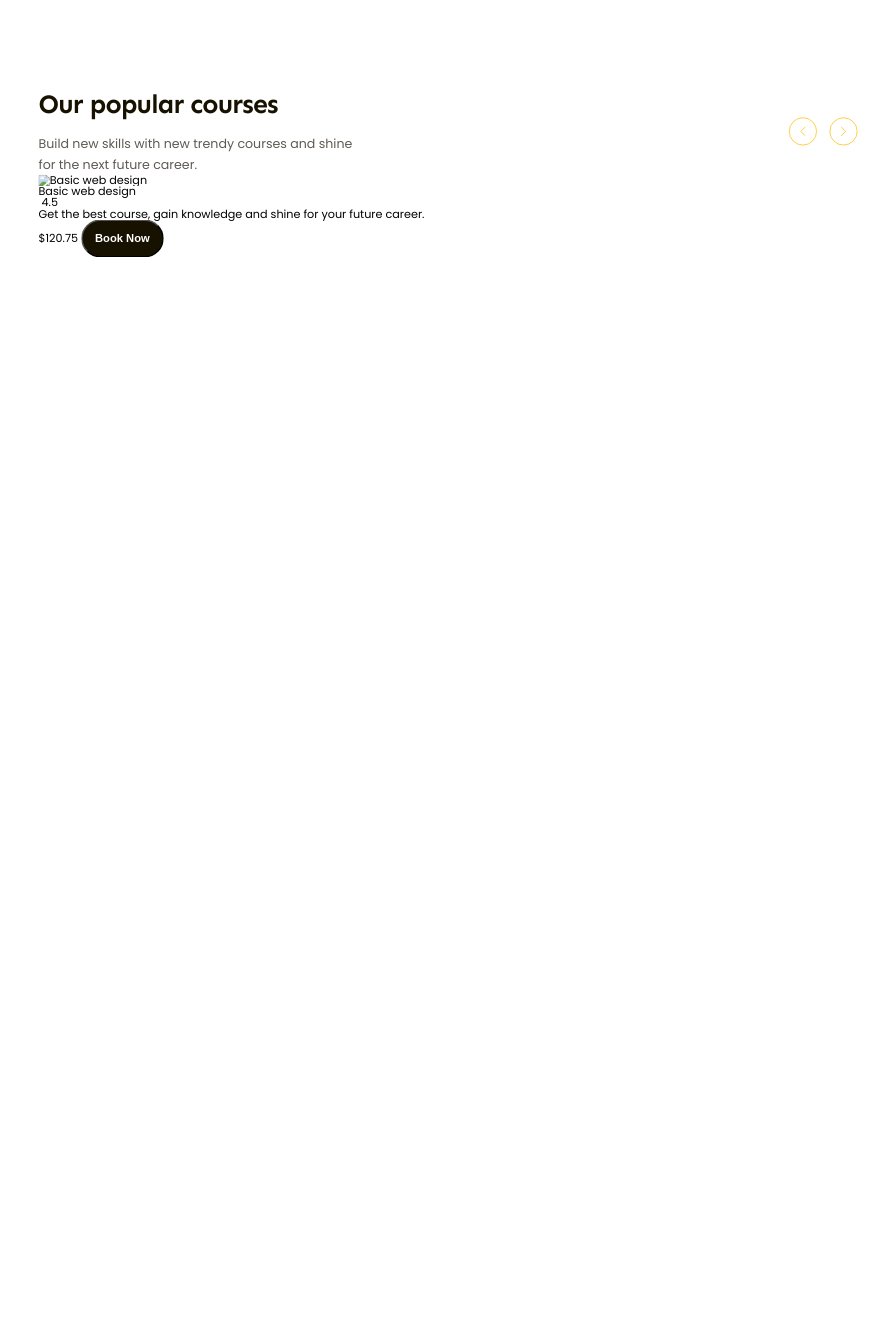
Repository: Tibi2003/f8-htmlcss-02
Page: index.html
These files come from the project's save history. The page is drawn as it stood at one moment and after the next save; the edit follows.
The browser window is 1280 px wide. The pictures show the part of the page from y = 974 to 2894 px (the page is 5000 px tall), at 70% of full size.
A picture or video elsewhere on the page could not be fetched, so the positions and the page height are approximate.

Above is the page before, as saved 2024-03-07 15:09:03.

### index.html
<!DOCTYPE html>
<html lang="en">
	<head>
		<meta charset="UTF-8" />
		<meta name="viewport" content="width=device-width, initial-scale=1.0" />
		<title>F8 Project 02</title>
		<!-- Reset CSS -->
		<link rel="stylesheet" href="./assets/css/reset.css" />
		<!-- Embed fonts -->
		<link rel="preconnect" href="https://fonts.googleapis.com" />
		<link rel="preconnect" href="https://fonts.gstatic.com" crossorigin />
		<link
			href="https://fonts.googleapis.com/css2?family=Poppins:ital,wght@0,100;0,200;0,300;0,400;0,500;0,600;0,700;0,800;0,900;1,100;1,200;1,300;1,400;1,500;1,600;1,700;1,800;1,900&family=Sen:wght@400..800&display=swap"
			rel="stylesheet" />
		<!-- Styles -->
		<link rel="stylesheet" href="./assets/css/styles.css" />
	</head>
	<body>
		<main style="height: 5000px">
			<!-- Header -->
			<header class="header fixed">
				<div class="main-content">
					<div class="body">
						<!-- Logo -->
						<img
							src="./assets/img/logo.svg"
							alt="Lesson."
							class="logo" />

						<!-- Nav -->
						<nav class="nav">
							<ul>
								<li class="active">
									<a href="#!">Home</a>
								</li>
								<li>
									<a href="#!">Courses</a>
								</li>
								<li>
									<a href="#!">Pricing</a>
								</li>
								<li>
									<a href="#!">Reviews</a>
								</li>
							</ul>
						</nav>

						<!-- Action -->
						<div class="action">
							<a href="#!" class="btn sign-up-btn">Sign Up</a>
						</div>
					</div>
				</div>
			</header>

			<!-- Hero -->
			<div class="hero">
				<div class="main-content">
					<div class="body">
						<!-- Hero left -->
						<div class="media-block">
							<img
								src="./assets/img/hero-img.jpg"
								alt="Learn without limits and spread knowledge."
								class="img" />

							<div class="hero-summary">
								<div class="item">
									<div class="icon">
										<img
											src="./assets/icons/list.svg"
											alt="" />
									</div>
									<div class="info">
										<p class="label">20 Courses</p>
										<p class="title">UI/UX Design</p>
									</div>
								</div>
								<div class="item">
									<div class="icon">
										<img
											src="./assets/icons/code.svg"
											alt="" />
									</div>
									<div class="info">
										<p class="label">20 Courses</p>
										<p class="title">Development</p>
									</div>
								</div>
								<div class="item">
									<div class="icon">
										<img
											src="./assets/icons/speaker.svg"
											alt="" />
									</div>
									<div class="info">
										<p class="label">30 Courses</p>
										<p class="title">Marketing</p>
									</div>
								</div>
							</div>
						</div>

						<!-- Hero right -->
						<div class="content-block">
							<h1 class="heading lv1">
								Learn without limits and spread knowledge.
							</h1>
							<p class="desc">
								Build new skills for that “this is my year”
								feeling with courses, certificates, and degrees
								from world-class universities and companies.
							</p>
							<div class="cta-group">
								<a href="#!" class="btn hero-cta"
									>See Courses</a
								>
								<button class="watch-video">
									<div class="icon">
										<img
											src="./assets/icons/play.svg"
											alt="" />
									</div>
									<span>Watch Video</span>
								</button>
							</div>
							<p class="desc">Recent engagement</p>
							<p class="desc stats">
								<strong>50K</strong> Students
								<strong>70+</strong> Courses
							</p>
						</div>
					</div>
				</div>
			</div>

			<!-- Popular -->
			<div class="popular">
				<div class="main-content">
					<div class="popular-top">
						<div class="info">
							<h2 class="heading lv2">Our popular courses</h2>
							<p class="desc">
								Build new skills with new trendy courses and
								shine for the next future career.
							</p>
						</div>
						<div class="controls">
							<button class="control-btn">
								<svg
									width="8"
									height="14"
									viewBox="0 0 8 14"
									fill="none"
									xmlns="http://www.w3.org/2000/svg">
									<path
										d="M7 1L1 7L7 13"
										stroke="currentColor"
										stroke-linecap="round"
										stroke-linejoin="round" />
								</svg>
							</button>
							<button class="control-btn">
								<svg
									width="8"
									height="14"
									viewBox="0 0 8 14"
									fill="none"
									xmlns="http://www.w3.org/2000/svg">
									<path
										d="M1 1L7 7L1 13"
										stroke="currentColor"
										stroke-linecap="round"
										stroke-linejoin="round" />
								</svg>
							</button>
						</div>
					</div>

					<div class="course-list">
						<div class="course-item">
							<img src="" alt="Basic web design" class="thumb" />
							<div class="info">
								<div class="head">
									<h3 class="title">Basic web design</h3>
									<div class="rating">
										<img src="" alt="" class="star" />
										<span class="value">4.5</span>
									</div>
								</div>
								<p class="desc">
									Get the best course, gain knowledge and
									shine for your future career.
								</p>
								<div class="foot">
									<span class="price">$120.75</span>
									<button class="btn">Book Now</button>
								</div>
							</div>
						</div>
					</div>
				</div>
			</div>
		</main>
	</body>
</html>

### assets/css/styles.css
* {
	box-sizing: border-box;
}

:root {
	--font-heading: Sen, sans-serif;
	--primary-color: #ffb900;
}

html {
	font-size: 62.5%;
}

body {
	font-size: 1.6rem;
	font-family: "Poppins", sans-serif;
}

/* Common */
.main-content {
	width: 1170px;
	max-width: calc(100% - 48px);
	margin-left: auto;
	margin-right: auto;
}

a {
	text-decoration: none;
}

.btn {
	display: inline-block;
	min-width: 118px;
	padding: 0 16px;
	line-height: 50px;
	color: #fff;
	text-align: center;
	font-size: 1.6rem;
	font-weight: 600;
	border-radius: 999px;
	background: #171100;
}

.btn:hover {
	opacity: 0.9;
}

.heading {
	color: #171100;
	font-family: var(--font-heading);
	font-weight: 700;
	letter-spacing: -1.16px;
}

.heading.lv1 {
	font-size: 5.8rem;
	line-height: 1.17;
}

.heading.lv2 {
	font-size: 3.8rem;
	line-height: 1.26;
}

/* Header */
.header {
	background: #fffcf4;
}

.header.fixed {
	position: sticky;
	top: -28px;
	z-index: 1;
}

.header .body {
	display: flex;
	align-items: center;
	padding: 36px 0 8px;
}

.nav {
	margin-left: auto;
}

.nav ul {
	display: flex;
}

.nav a {
	position: relative;
	padding: 8px 21px;
	color: #5f5b53;
	font-size: 1.6rem;
}

.nav a:hover,
.nav li.active a {
	/* font-weight: 600; */
	text-shadow: 1px 0 0 currentColor;
	color: #171100;
}

.nav li.active a::after {
	position: absolute;
	left: 21px;
	bottom: 6px;
	content: "";
	display: block;
	width: 12px;
	height: 2px;
	border-radius: 1px;
	background: #171100;
}

.header .sign-up-btn {
	min-width: 144px;
}

.header .action {
	margin-left: 49px;
}

/* Hero */
.hero {
	padding: 56px 0 65px;
	background: #fffcf4;
}

.hero .body {
	display: flex;
}

/* Hero left */
.hero .media-block {
	position: relative;
	width: 48%;
}

.hero .media-block .img {
	width: 470px;
	height: 685px;
	object-fit: cover;
	border-radius: 20px;
	vertical-align: bottom;
}

.hero-summary {
	position: absolute;
	right: 0;
	bottom: 48px;
	width: 270px;
	padding: 24px;
	border-radius: 12px;
	background: #fff;
	box-shadow: 0px 16px 32px 0px rgba(0, 0, 0, 0.05);
}

.hero-summary .item {
	display: flex;
	align-items: center;
}

.hero-summary .item + .item {
	margin-top: 22px;
}

.hero-summary .item:nth-child(2) .icon {
	background: #fcefff;
}

.hero-summary .item:nth-child(3) .icon {
	background: #ebeaff;
}

.hero-summary .icon {
	width: 48px;
	height: 48px;
	border-radius: 50%;
	display: flex;
	align-items: center;
	justify-content: center;
	background: #fff9e8;
}

.hero-summary .info {
	margin-left: 16px;
}

.hero-summary .label {
	color: #5f5b53;
	font-size: 1.4rem;
	line-height: 1.86;
}

.hero-summary .title {
	color: #171100;
	font-size: 1.8rem;
	font-weight: 600;
	line-height: 1.67;
}

/* Hero right */
.hero .content-block {
	width: 52%;
	padding: 64px 0 0 130px;
}

.hero .desc {
	margin-top: 22px;
	color: #5f5b53;
	font-size: 1.8rem;
	line-height: 1.67;
}

.hero .cta-group {
	display: flex;
	align-items: center;
	margin: 38px 0 48px;
}

.hero-cta {
	min-width: 180px;
	line-height: 64px;
	background-color: var(--primary-color);
}

.hero .watch-video {
	display: flex;
	align-items: center;
	margin-left: 28px;
	border: none;
	background: transparent;
	cursor: pointer;
}

.hero .watch-video .icon {
	display: flex;
	align-items: center;
	justify-content: center;
	width: 40px;
	height: 40px;
	border-radius: 50%;
	background: #ffffff;
	box-shadow: 0px 8px 16px rgba(0, 0, 0, 0.07);
}

.hero .watch-video span {
	margin-left: 14px;
	color: #171100;
	font-size: 1.8rem;
	font-weight: 600;
	line-height: 1.67;
}

.hero .stats {
	margin: 8px 0 0 -28px;
}

.hero .stats strong {
	padding: 0 8px 0 28px;
	color: #171100;
	font-family: var(--font-heading);
	font-size: 4.4rem;
	font-weight: 700;
	line-height: 1.23;
}

/* Popular */
.popular {
	padding: 65px 0;
	margin-top: 135px;
}

.popular-top {
	display: flex;
	align-items: center;
	justify-content: space-between;
}

.popular-top .desc {
	margin-top: 16px;
	width: 458px;
	color: #5f5b53;
	font-size: 1.8rem;
	line-height: 1.67;
}

.popular-top .controls {
	display: flex;
	gap: 18px;
}

.popular-top .control-btn {
	display: flex;
	align-items: center;
	justify-content: center;
	width: 40px;
	height: 40px;
	border-radius: 50%;
	color: var(--primary-color);
	border: 1px solid var(--primary-color);
	background: transparent;
}

.popular-top .control-btn:hover {
	color: #fff;
	background: var(--primary-color);
	cursor: pointer;
}

Loaded but not shown: assets/css/reset.css (common file)

After the next save:
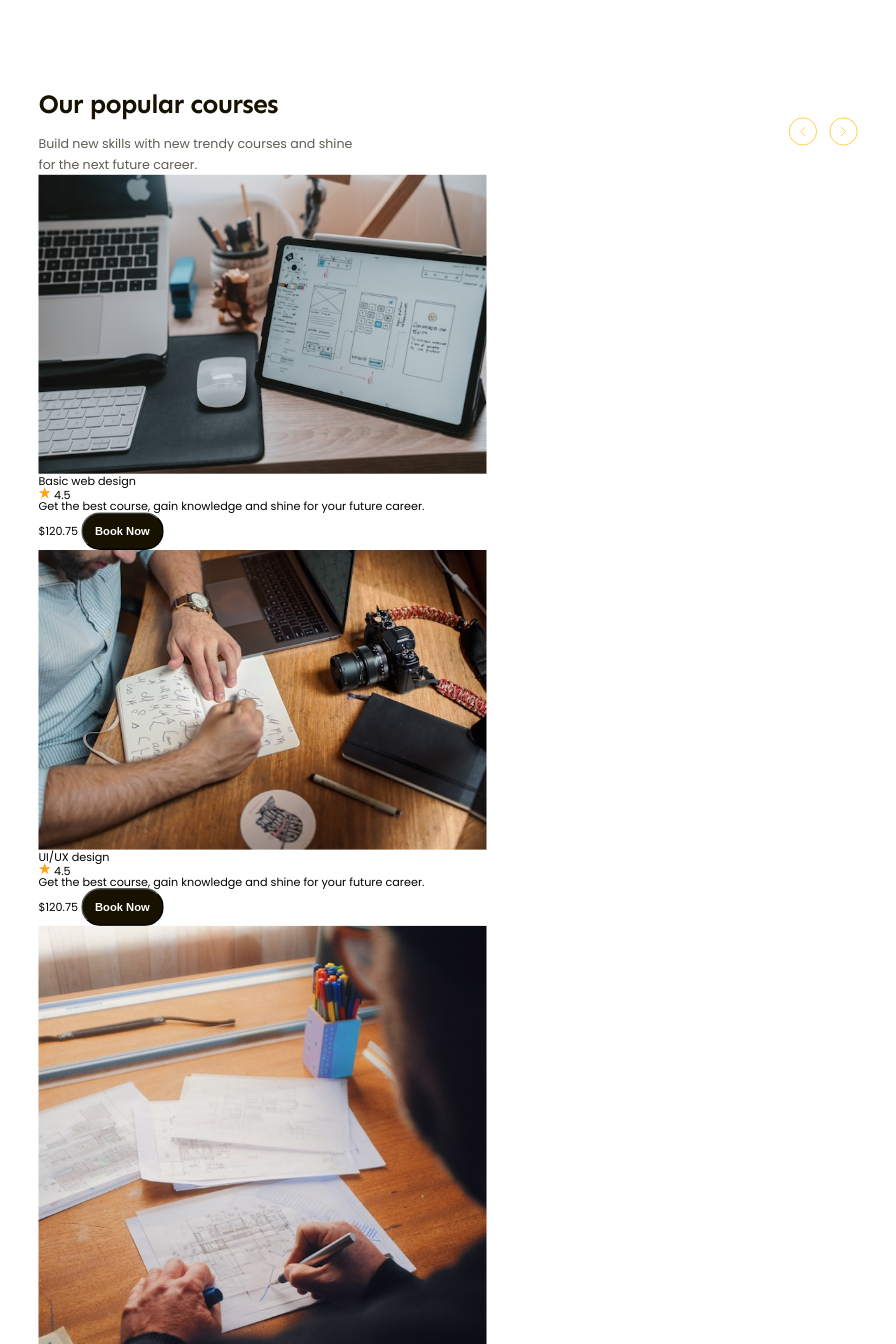
Saved 10 min 53 s later.
--- a/index.html
+++ b/index.html
@@ -178,13 +178,20 @@
 					</div>
 
 					<div class="course-list">
+						<!-- Course item 1 -->
 						<div class="course-item">
-							<img src="" alt="Basic web design" class="thumb" />
+							<img
+								src="./assets/img/course-1.jpg"
+								alt="Basic web design"
+								class="thumb" />
 							<div class="info">
 								<div class="head">
 									<h3 class="title">Basic web design</h3>
 									<div class="rating">
-										<img src="" alt="" class="star" />
+										<img
+											src="./assets/icons/star.svg"
+											alt="Star"
+											class="star" />
 										<span class="value">4.5</span>
 									</div>
 								</div>
@@ -198,6 +205,62 @@
 								</div>
 							</div>
 						</div>
+
+						<!-- Course item 2 -->
+						<div class="course-item">
+							<img
+								src="./assets/img/course-2.jpg"
+								alt="UI/UX design"
+								class="thumb" />
+							<div class="info">
+								<div class="head">
+									<h3 class="title">UI/UX design</h3>
+									<div class="rating">
+										<img
+											src="./assets/icons/star.svg"
+											alt="Star"
+											class="star" />
+										<span class="value">4.5</span>
+									</div>
+								</div>
+								<p class="desc">
+									Get the best course, gain knowledge and
+									shine for your future career.
+								</p>
+								<div class="foot">
+									<span class="price">$120.75</span>
+									<button class="btn">Book Now</button>
+								</div>
+							</div>
+						</div>
+
+						<!-- Course item 3 -->
+						<div class="course-item">
+							<img
+								src="./assets/img/course-3.jpg"
+								alt="Web App design"
+								class="thumb" />
+							<div class="info">
+								<div class="head">
+									<h3 class="title">Web App design</h3>
+									<div class="rating">
+										<img
+											src="./assets/icons/star.svg"
+											alt="Star"
+											class="star" />
+										<span class="value">4.5</span>
+									</div>
+								</div>
+								<p class="desc">
+									Get the best course, gain knowledge and
+									shine for your future career.
+								</p>
+								<div class="foot">
+									<span class="price">$120.75</span>
+									<button class="btn">Book Now</button>
+								</div>
+							</div>
+						</div>
 					</div>
 				</div>
 			</div>
